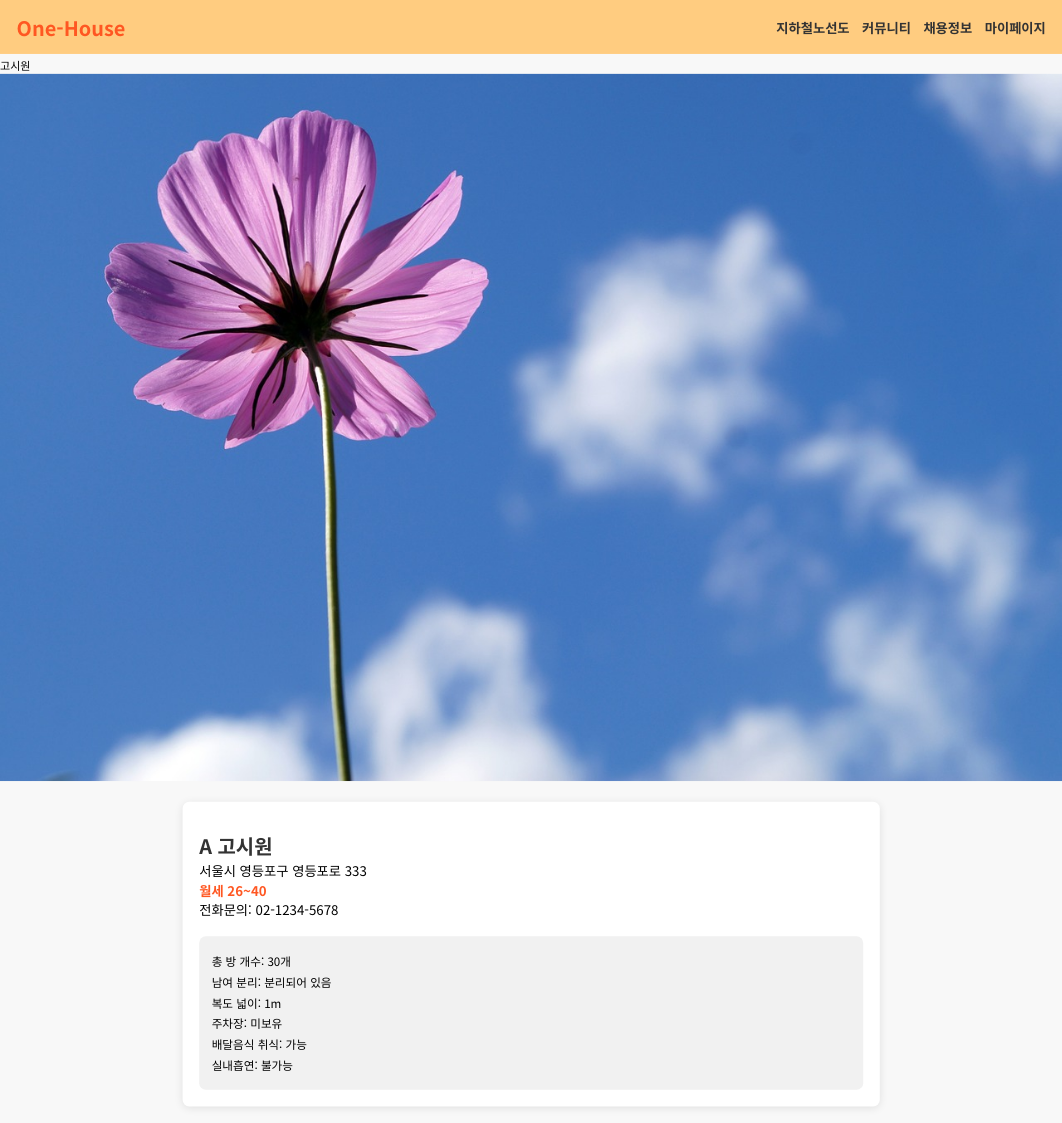
Repository: nayeon-3/one_house
Page: one_house/public/sample/page1.html
These files come from the project's save history. The page is drawn as it stood at one moment and after the next save; the edit follows.
The browser window is 1280 px wide. The pictures show the whole page, at 83% of full size.

Above is the page before, as saved 2025-02-11 08:36:05.

After the next save:
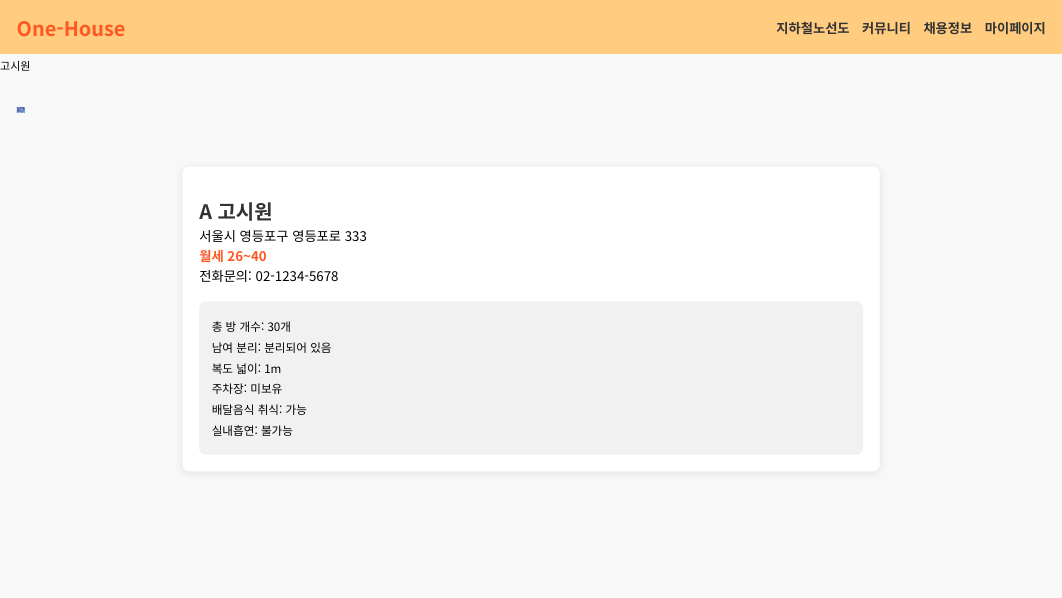
Saved 3 min 9 s later.
--- a/one_house/public/sample/page1.css
+++ b/one_house/public/sample/page1.css
@@ -64,7 +64,7 @@
     padding: 20px;
 }
 
-.image-box img {
+img {
     width: 10px;
     margin: 20px auto;
     border-radius: 8px;

After the 2 saves that followed:
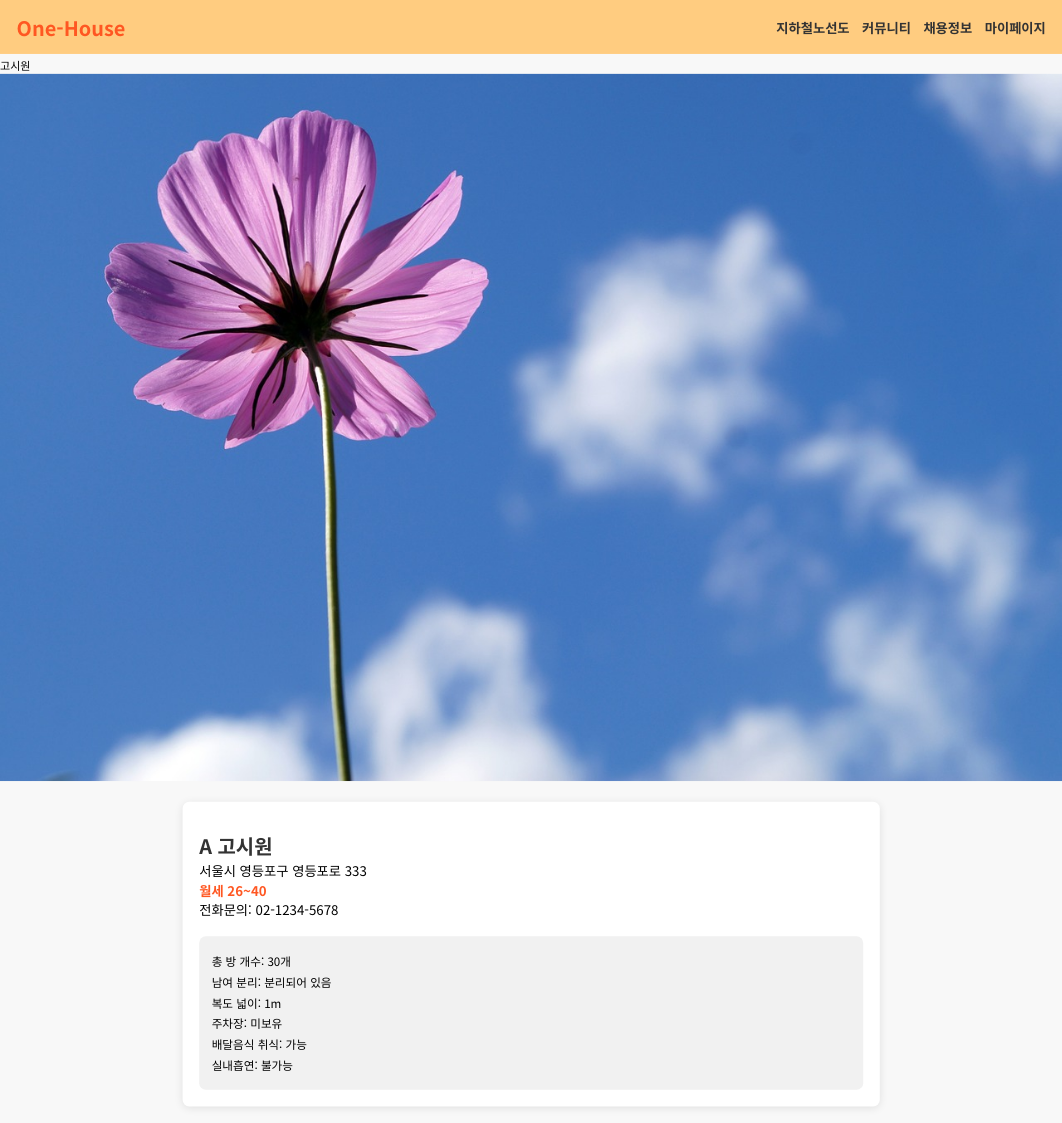
The 2 saves are shown as one change because 1 left the picture as it was.
The last was saved 84 s later.
--- a/one_house/public/sample/page1.css
+++ b/one_house/public/sample/page1.css
@@ -56,20 +56,7 @@
     box-shadow: 0 2px 10px rgba(0, 0, 0, 0.1);
 }
 
-/* 이미지 박스 */
-.image-box {
-    max-width: 600px;
-    margin: 20px auto;
-    border-radius: 8px;
-    padding: 20px;
-}
 
-img {
-    width: 10px;
-    margin: 20px auto;
-    border-radius: 8px;
-    padding: 20px;
-}
 
 /* 정보 박스 */
 .info-box {
